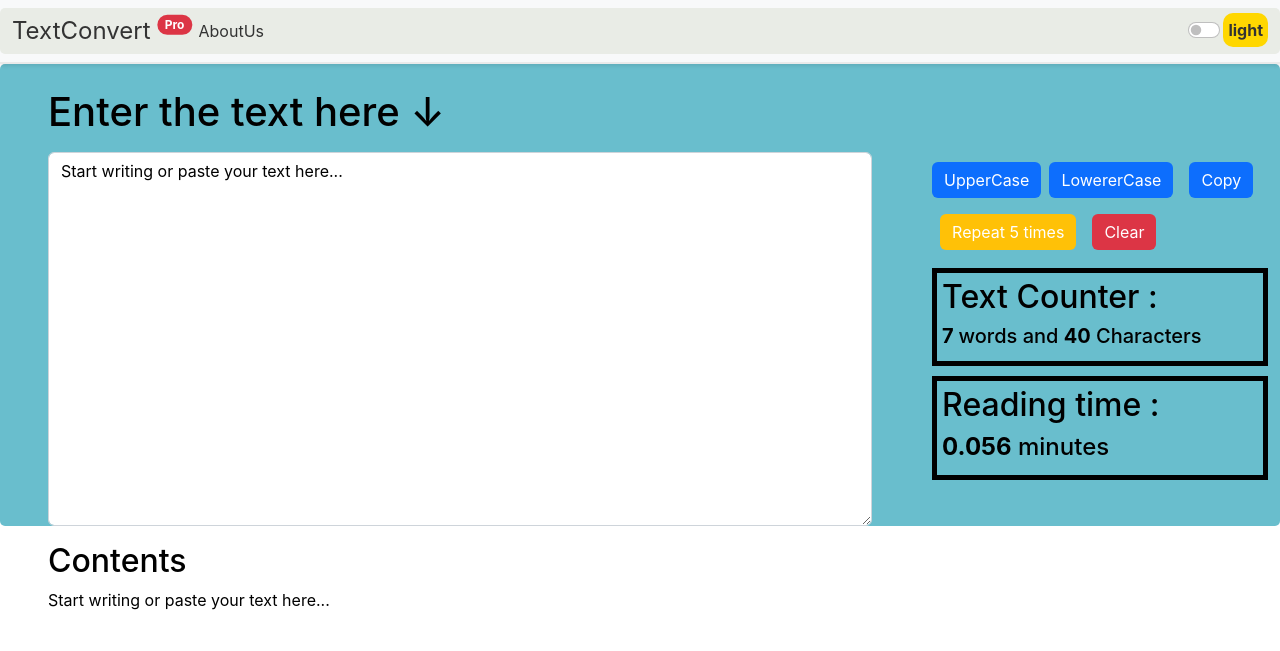
Repository: atha2810/TextConvertPro
Page: /TextConvertPro
An editor plug-in stored every save of this project. The page is shown before and after a run of saves, followed by the edit.
The browser window is 1280 px wide. The pictures show the whole page.
The project was rebuilt for these pictures with package versions that can differ from the ones it lists, and the page was loaded fresh each time. Also part of the build but not shown: src/css/About.css, src/components/About.js, src/css/TextForm.css.

Above is the page before, as saved 2024-07-25 19:48:58.

After the next 6 saves:
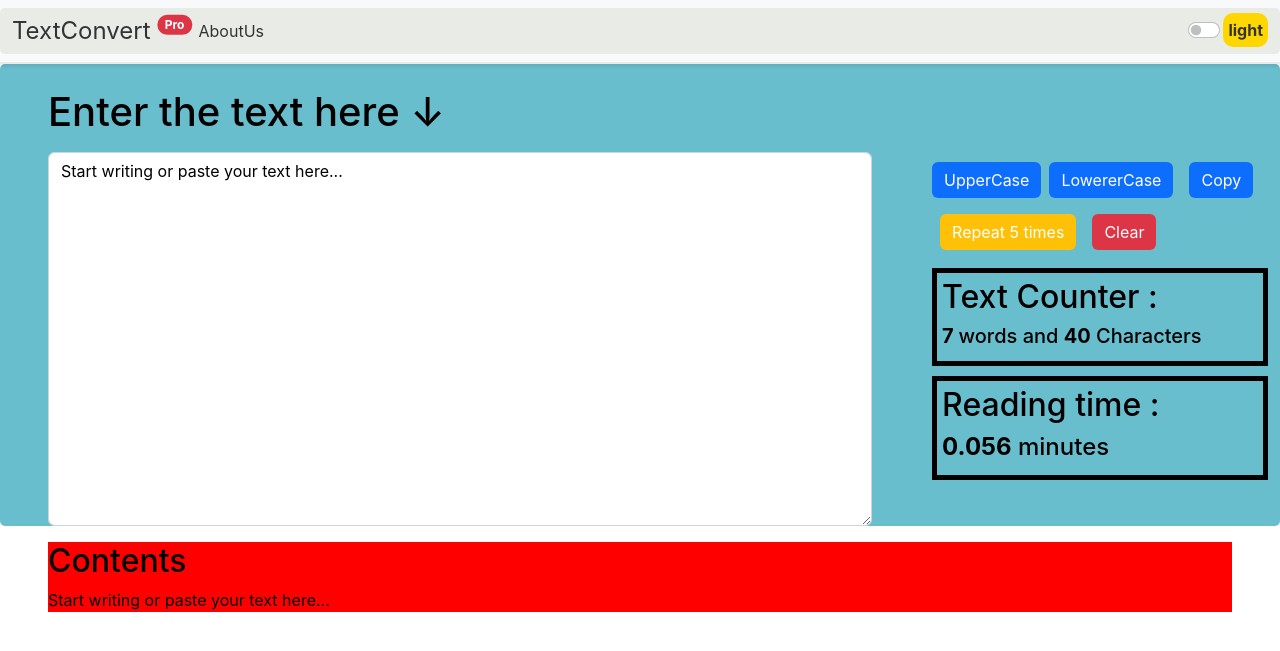
The 6 saves are shown as one change because they came seconds apart.
The last was saved 15 s later.
--- a/src/TextForm.js
+++ b/src/TextForm.js
@@ -161,7 +161,7 @@ export default function TextForm(props) {
           </div>
         </div>
       </div>
-      <div className="mx-5 my-3" style={{}}>
+      <div className="mx-5 my-3" style={{ backgroundColor: "red" }}>
         {" "}
         <h2 style={{ color: props.mode === "dark" ? "white" : "black" }}>
           Contents
